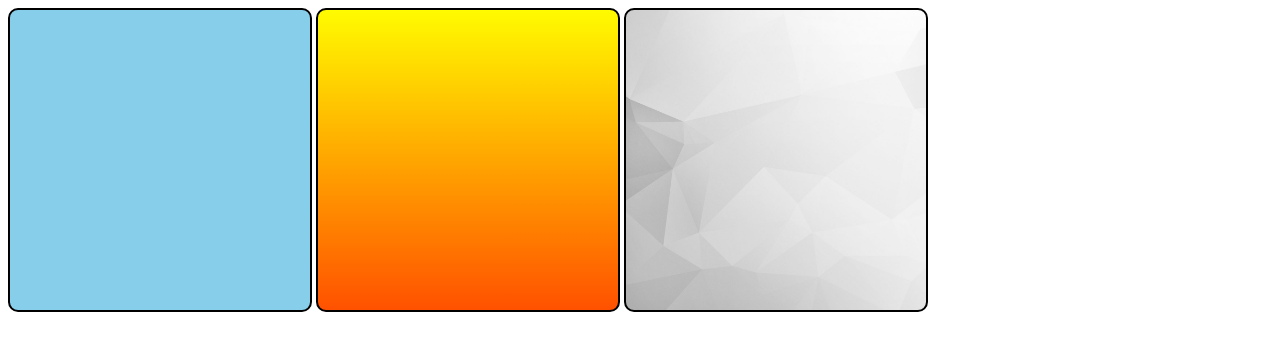
Repository: Iamjordana/html-css
Page: Html Css/Exercicios/ex22/fundo01.html
These files come from the project's save history. The page is drawn as it stood at one moment and after the next save; the edit follows.
The browser window is 1280 px wide. The pictures show the whole page.

Above is the page before, as saved 2025-04-11 13:37:43.

After the next save:
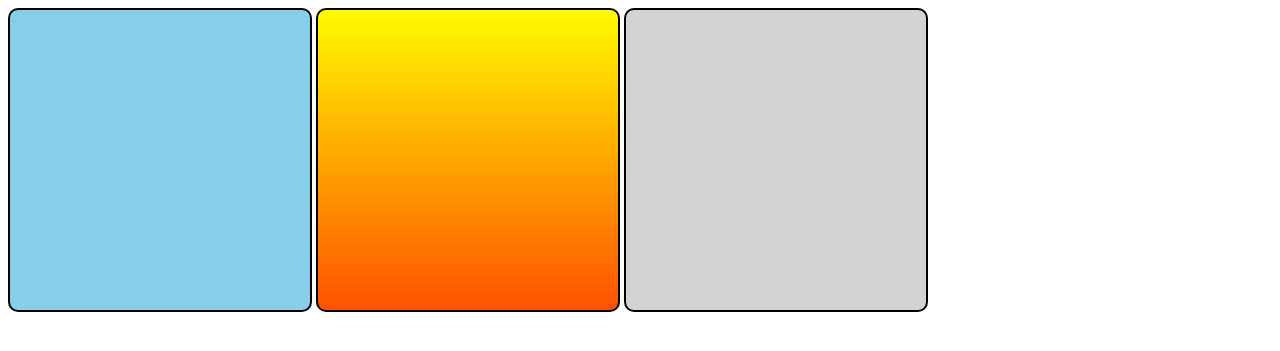
Saved 6 s later.
--- a/Html Css/Exercicios/ex22/fundo01.html
+++ b/Html Css/Exercicios/ex22/fundo01.html
@@ -22,7 +22,7 @@
             background-image: linear-gradient(to bottom, #fffb00, #ff5100);
         }
         div#q3{
-            background-image: url(./imagens/wallpaper004.jpg);
+            background-image: url(./imagens/;
             background-size: cover;
         }
     </style>
